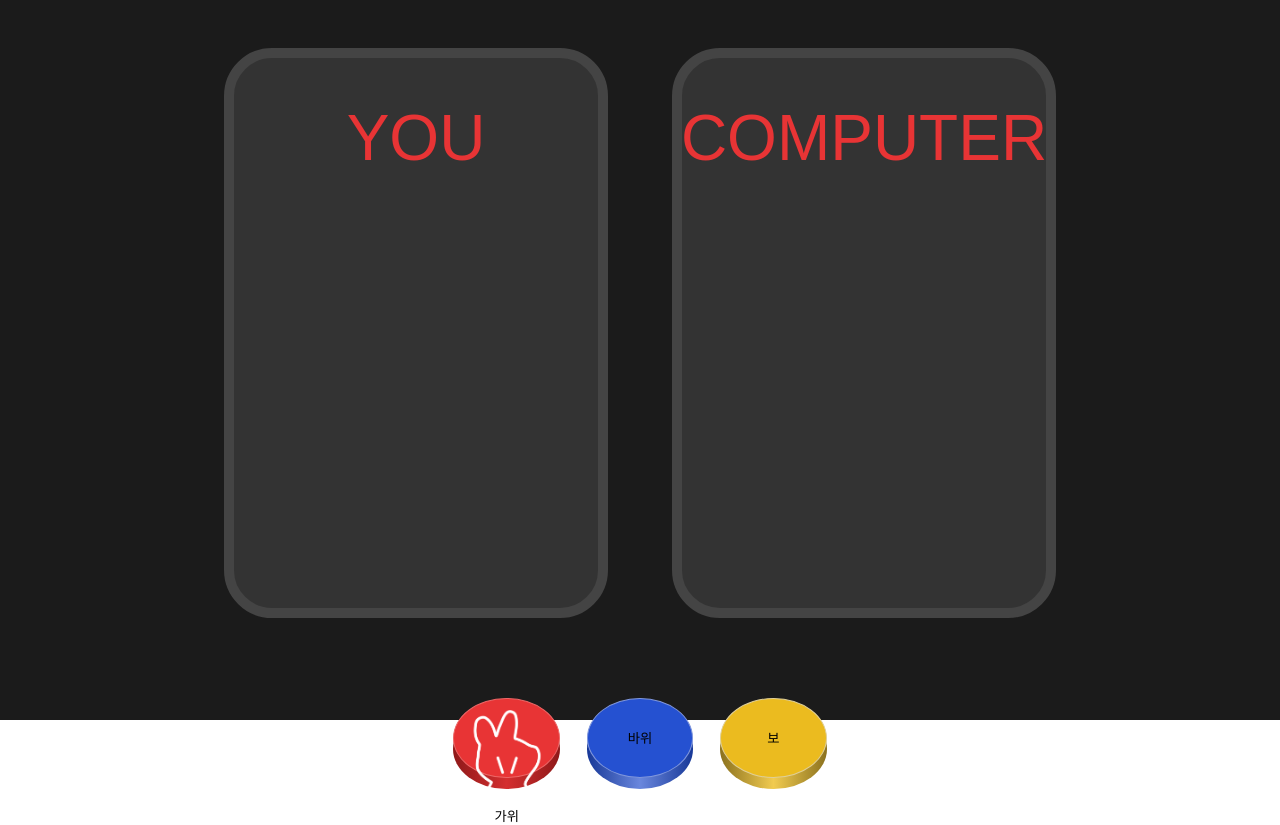
Repository: KIMMIHYE12/classComponent
Page: /
The author's editor kept a copy of each file at every save. The page is drawn from the files as they stood at one save, then again after the next save.
The browser window is 1280 px wide. The pictures show the whole page.
Some web fonts or font styles are not loaded; a fallback is used. The project was rebuilt for these pictures with package versions that can differ from the ones it lists, and the page was loaded fresh each time.

Above is the page before, as saved 2024-03-20 00:15:57.

After the next save:
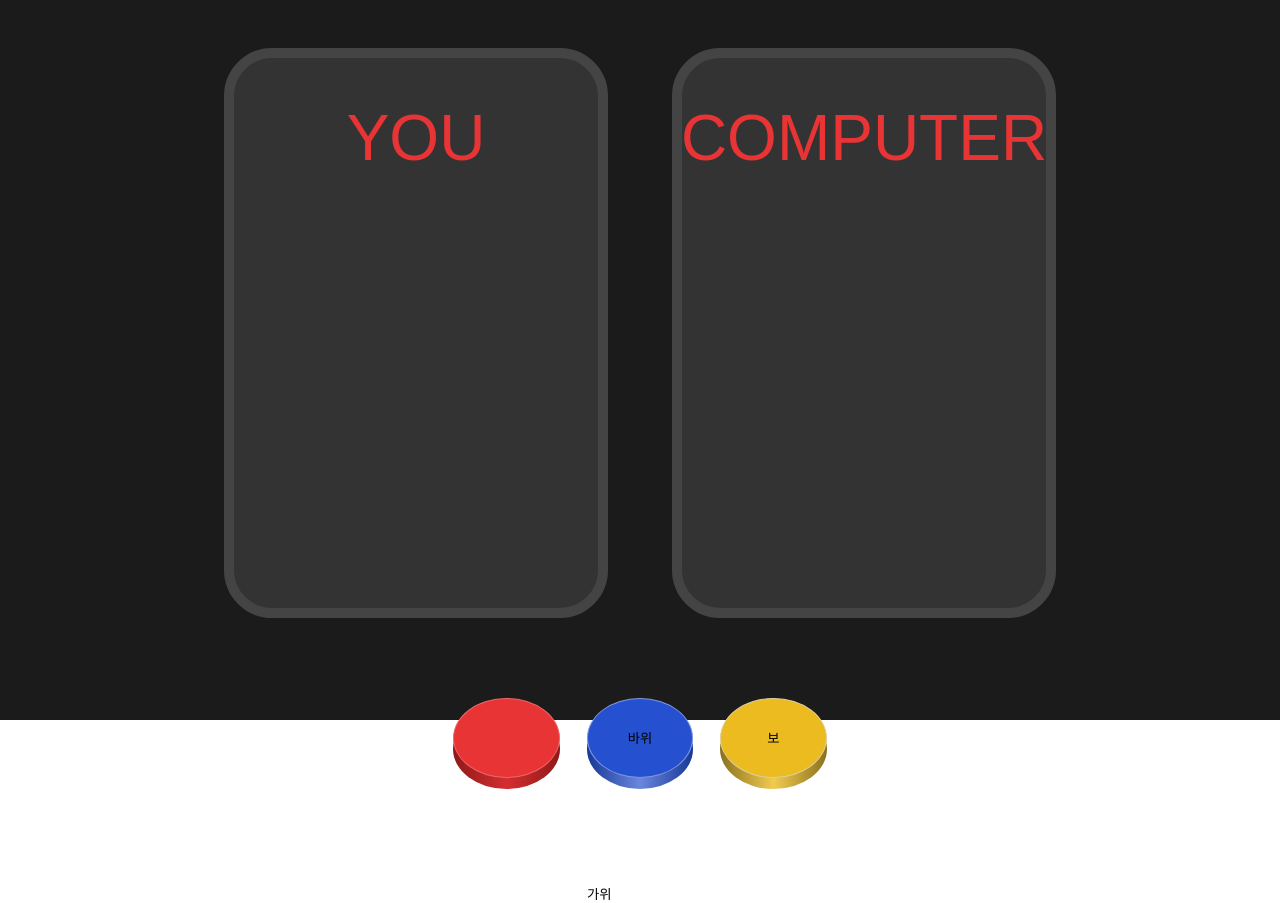
Saved 19 s later.
--- a/src/App.css
+++ b/src/App.css
@@ -155,6 +155,5 @@ img {
 .btn_items {
   display: flex;
   flex-direction: column;
-  width: 100%;
-  height: 75%;
+  transform: translate(100%, 75%);
 }
